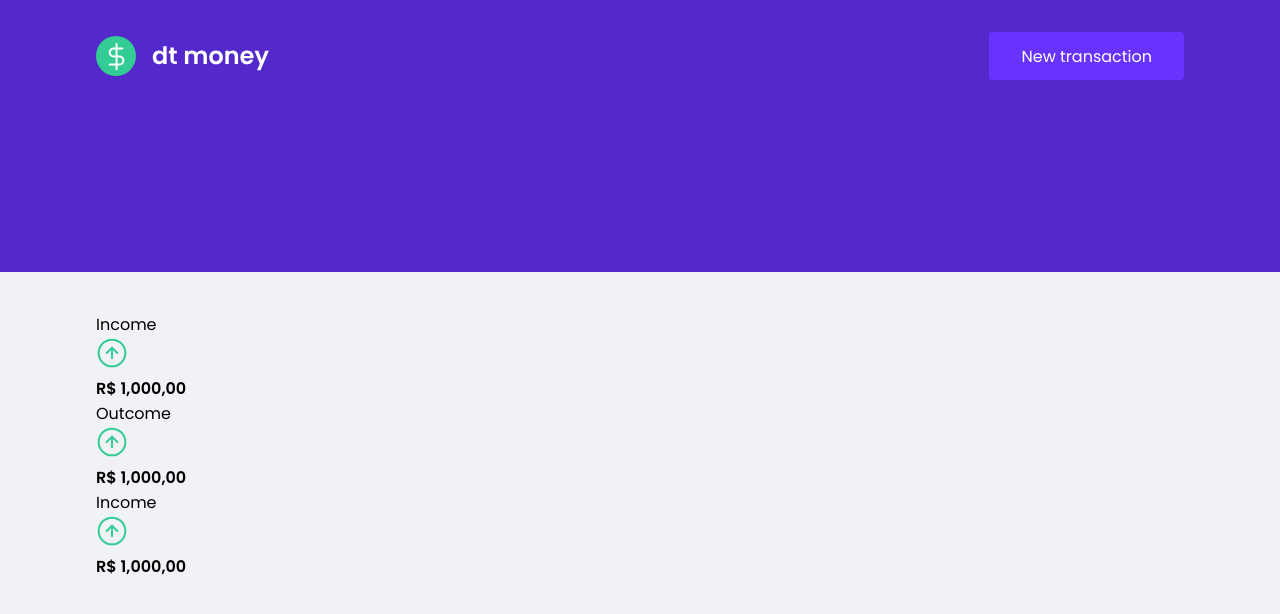
Repository: JoseGu1llardi/dtmoney
Page: /
These files come from the project's save history. The page is drawn as it stood at one moment and after the next save; the edit follows.
The browser window is 1280 px wide. The pictures show the whole page.
The project was rebuilt for these pictures with package versions that can differ from the ones it lists, and the page was loaded fresh each time.

Above is the page before, as saved 2022-12-30 14:18:27.

After the next save:
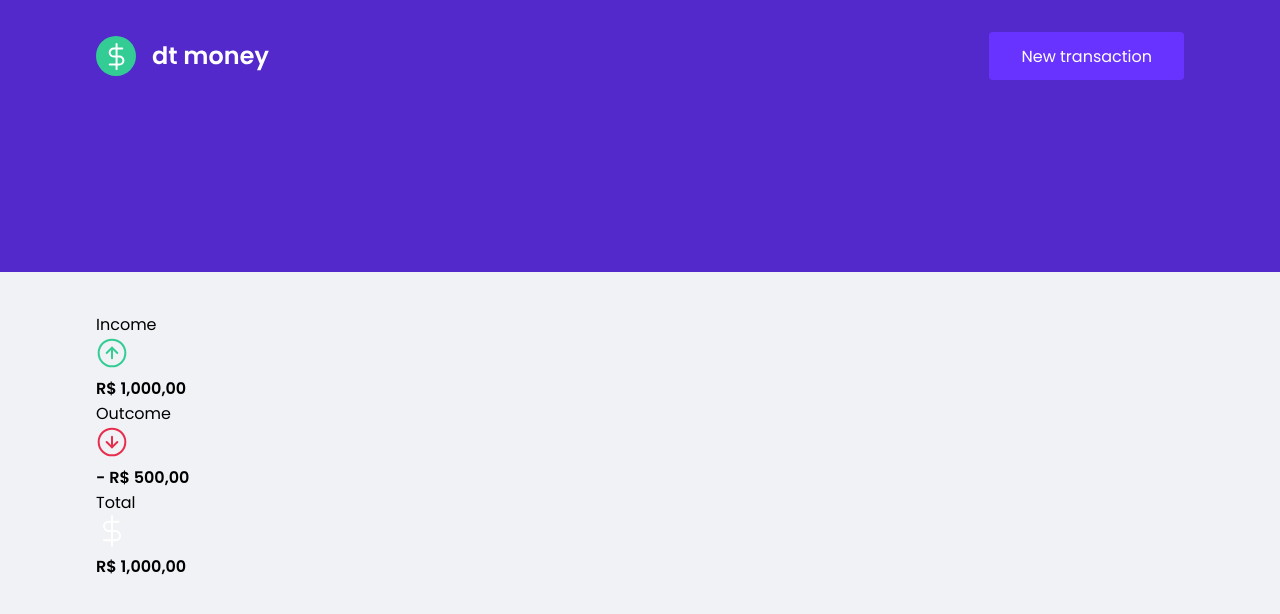
Saved 36 min 12 s later.
--- a/src/components/Summary/index.tsx
+++ b/src/components/Summary/index.tsx
@@ -2,6 +2,7 @@ import { Container } from './styles';
 
 import incomeImg from '../../assets/income.svg';
 import outcomeImg from '../../assets/outcome.svg';
+import totalImg from '../../assets/total.svg';
 
 export function Summary() {
     return (
@@ -17,15 +18,15 @@ export function Summary() {
             <div>
                 <header>
                     <p>Outcome</p>
-                    <img src={incomeImg} alt="Logo income" />
+                    <img src={outcomeImg} alt="Logo outcome" />
                 </header>
-                <strong>R$ 1,000,00</strong>
+                <strong>- R$ 500,00</strong>
             </div>
 
             <div>
                 <header>
-                    <p>Income</p>
-                    <img src={incomeImg} alt="Logo income" />
+                    <p>Total</p>
+                    <img src={totalImg} alt="Logo total" />
                 </header>
                 <strong>R$ 1,000,00</strong>
             </div>
